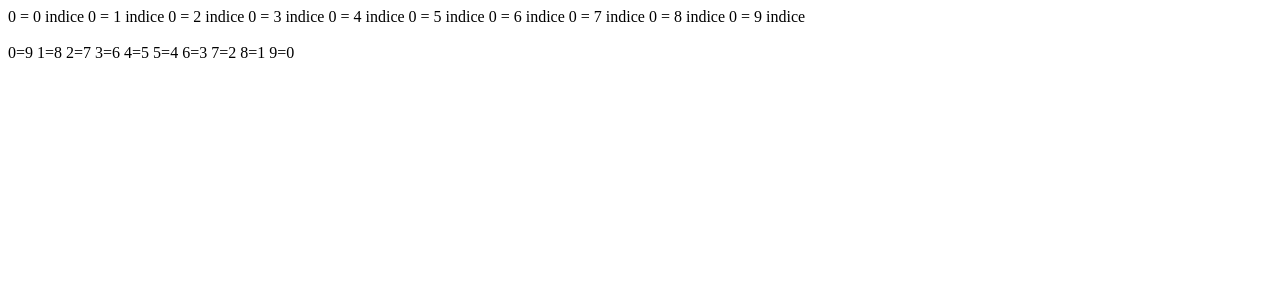
Repository: Sxcram02/1-daw
Page: http://localhost/ejercicios.php
The author's editor kept a copy of each file at every save. The page is drawn from the files as they stood at one save, then again after the next save.
The browser window is 1280 px wide. The pictures show the whole page.
The page is run by PHP 8.4 with error messages shown; the project is at /var/www/html/.

Above is the page before, as saved 2023-02-07 16:08:55.

After the next save:
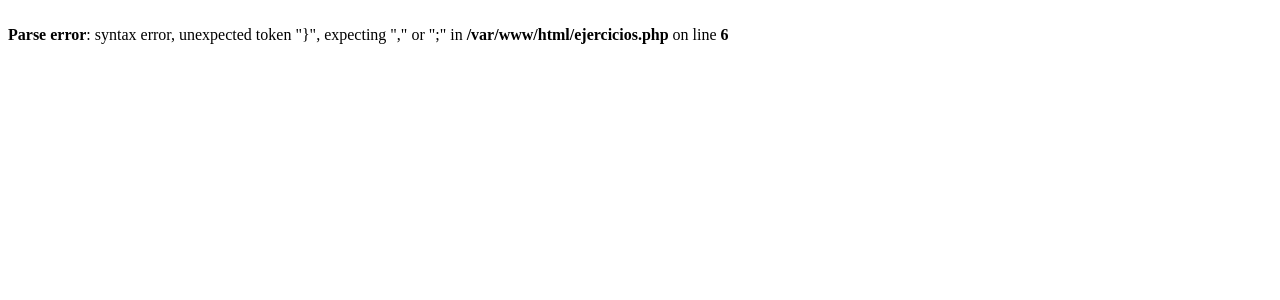
Saved 19 s later.
--- a/PROG/ejercicios.php
+++ b/PROG/ejercicios.php
@@ -2,6 +2,7 @@
     for($i=0;$i<10;$i++){
         $array1[$i] = 0;
         echo $array1[$i]." = $i indice \n";
+        echo "<br />"
     };
 
     // EJERCICIO 2

After the save that followed:
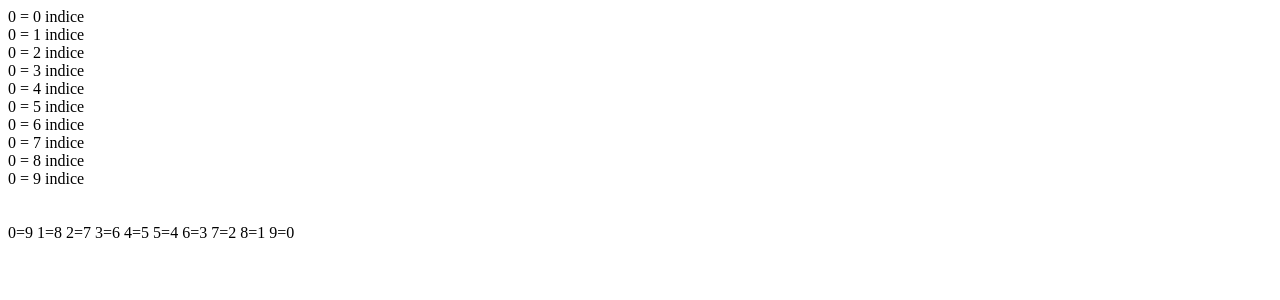
Saved 6 s later.
--- a/PROG/ejercicios.php
+++ b/PROG/ejercicios.php
@@ -2,7 +2,7 @@
     for($i=0;$i<10;$i++){
         $array1[$i] = 0;
         echo $array1[$i]." = $i indice \n";
-        echo "<br />"
+        echo "<br />";
     };
 
     // EJERCICIO 2
